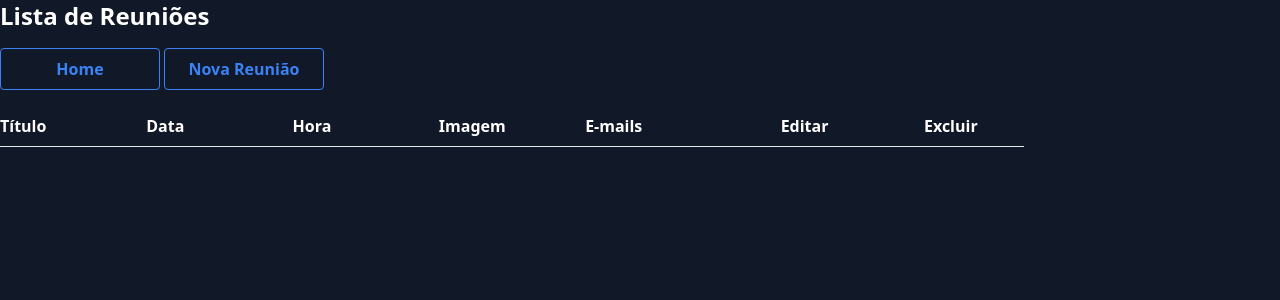
Repository: TamiBeira/meeting
Page: /meetings
These files come from the project's save history. The page is drawn as it stood at one moment and after the next save; the edit follows.
The browser window is 1280 px wide. The pictures show the whole page.
The project was rebuilt for these pictures with package versions that can differ from the ones it lists, and the page was loaded fresh each time. Also part of the build but not shown: vite.config.ts, src/contexts/FormContext.tsx, src/components/Form.tsx, src/components/HomePage.tsx.

Above is the page before, as saved 2024-02-27 07:40:24.

After the next save:
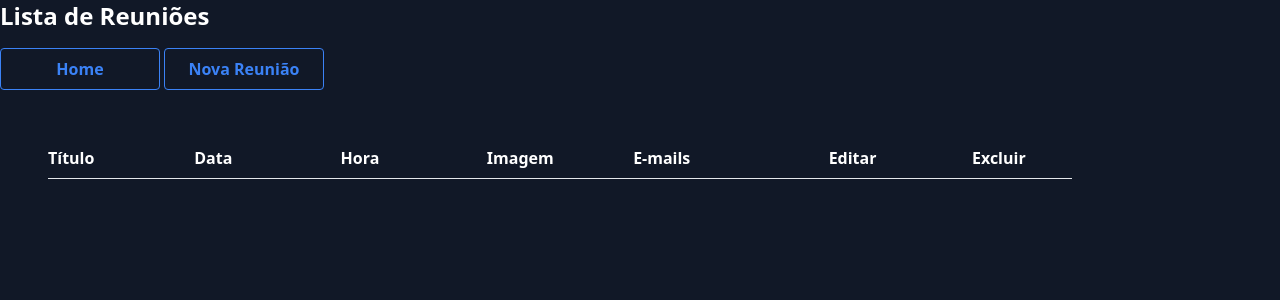
Saved 30 s later.
--- a/src/components/MeetingsView.tsx
+++ b/src/components/MeetingsView.tsx
@@ -35,7 +35,7 @@
         <Link to="/form" className="w-40 inline-block text-center border border-solid border-blue-500 text-blue-500 font-bold mr-2 px-4 py-2 rounded">Nova Reunião</Link>
       </div>
       <ul>
-        <li className="border-b border-gray-200 py-2 flex sm:flex-row font-semibold max-w-5xl">
+        <li className="border-b border-gray-200 py-2 flex sm:flex-row font-semibold max-w-5xl m-12">
           <div className="w-1/5 text-white">Título</div>
           <div className="w-1/5 text-white">Data</div>
           <div className="w-1/5 text-white">Hora</div>

After the save that followed:
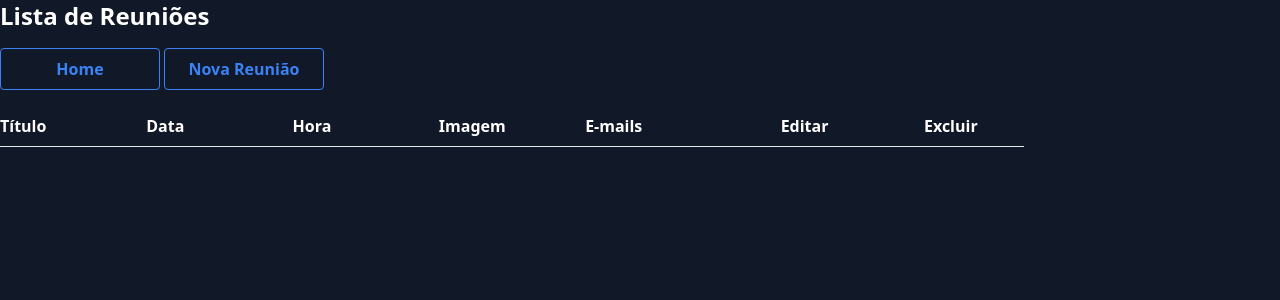
Saved 12 s later.
--- a/src/components/MeetingsView.tsx
+++ b/src/components/MeetingsView.tsx
@@ -35,7 +35,7 @@
         <Link to="/form" className="w-40 inline-block text-center border border-solid border-blue-500 text-blue-500 font-bold mr-2 px-4 py-2 rounded">Nova Reunião</Link>
       </div>
       <ul>
-        <li className="border-b border-gray-200 py-2 flex sm:flex-row font-semibold max-w-5xl m-12">
+        <li className="border-b border-gray-200 py-2 flex sm:flex-row font-semibold max-w-5xl">
           <div className="w-1/5 text-white">Título</div>
           <div className="w-1/5 text-white">Data</div>
           <div className="w-1/5 text-white">Hora</div>
